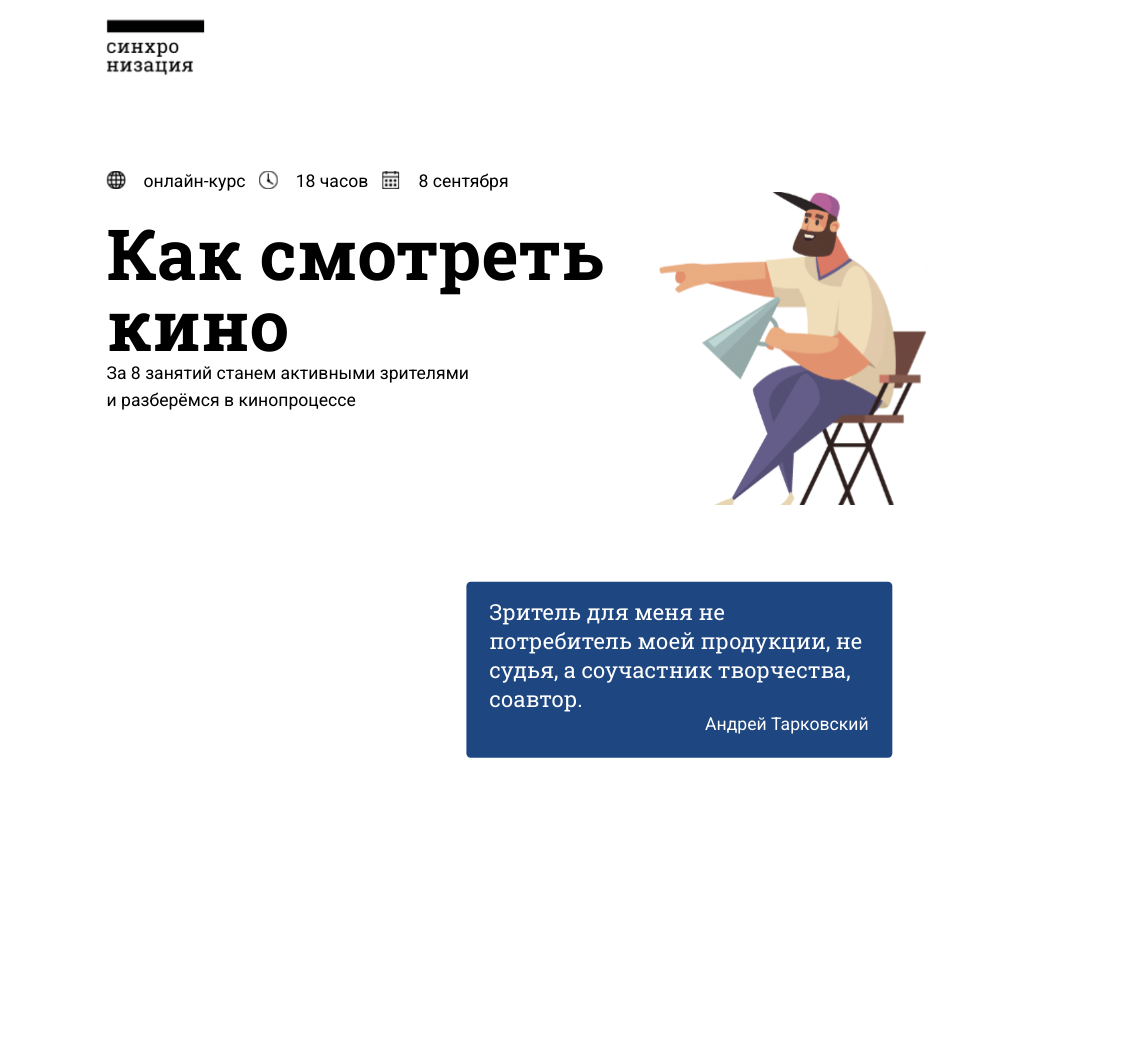
Repository: HeybetzadeQedim/task-2
Page: index.html
The author's editor kept a copy of each file at every save. The page is drawn from the files as they stood at one save, then again after the next save.
The browser window is 1280 px wide. The pictures show the whole page, at 88% of full size.

Above is the page before, as saved 2023-10-04 16:04:32.

### index.html
<!DOCTYPE html>
<html lang="en">
  <head>
    <meta charset="UTF-8" />
    <meta name="viewport" content="width=device-width, initial-scale=1.0" />
    <title>Document</title>
    <link rel="stylesheet" href="./index.css" />
  </head>
  <body>
    <div class="main-container">
      <img src="./ımages/logo_mobile_black 1.svg" />
      <ul class="image-container">
        <li>
            <img src="./ımages/globe.svg" />
            <p>онлайн-курс</p>
        </li>
      <li>
        <img src="./ımages/img_135744.svg" />
        <p>18 часов</p>
      </li>

        <li>
            <img src="./ımages/calendar_2.svg" />
            <p>8 сентября</p>
        </li>
      </ul>
      <div class="flex-container">
        <div class="text-container">
          <h1>Как смотреть кино</h1>
          <p>
            За 8 занятий станем активными зрителями и разберёмся в кинопроцессе
          </p>
        </div>

          <img src="./ımages/noroot 1.svg" />

      </div>
      <div class="box">
        <p>
          Зритель для меня не потребитель моей продукции, не судья, а соучастник
          творчества, соавтор.
        </p>
        <p>Андрей Тарковский</p>
      </div>
    </div>
  </body>
</html>

### index.css
@import url("https://fonts.googleapis.com/css2?family=Roboto&family=Roboto+Slab:wght@400;700&display=swap");
* {
  margin: 0;
  padding: 0;
  box-sizing: border-box;
}
.main-container {
  padding: 21px 246px 173px 121px;
}
.main-container img:first-child {
  width: 112px;
  height: 66px;
}
.main-container .image-container {
  display: flex;
  margin-top: 100px;
}
.image-container li{
  margin-right: 15px;
  list-style-type: none;
  display: flex;
  align-items: center;
}
.image-container img:first-child {
  width: 22px;
  height: 21px;
}
.image-container img:nth-child(2) {
  width: 22px;
  height: 22px;
}
.image-container img:last-child {
  width: 20px;
  height: 22px;
}
.image-container p {
  color: #000;
  margin-left: 20px;
  margin-top: 4px;
  font-family: Roboto;
  font-size: 20px;
  font-style: normal;
  font-weight: 400;
  line-height: 115%;
}
.flex-container {
  display: flex;
  justify-content: space-between;
}
h1 {
  width: 628px;
  margin-top: 29px;
  color: #000;
  font-family: Roboto Slab;
  font-size: 80px;
  font-style: normal;
  font-weight: 700;
  line-height: 101.385%;
}
.text-container p {
  width: 414px;
  color: #000;
  font-family: Roboto;
  font-size: 20px;
  font-style: normal;
  font-weight: 400;
  line-height: 150%;
}

.image-box img:first-child {
  width: 304px;
  height: 356px;
  /* margin-left: 140px; */
}
.box {
  width: 484px;
  height: 200px;
  margin: 87px 0 173px 409px;
  border-radius: 5px;
  background: #1e4681;
  padding: 19px 27px 68px 26px;
}
.box p:first-child {
  width: 431px;
  color: #fff;
  font-family: Roboto Slab;
  font-size: 25px;
  font-style: normal;
  font-weight: 400;
  line-height: 130%;
}
.box p:last-child {
  color: #fff;
  text-align: right;
  font-family: Roboto;
  font-size: 20px;
  font-style: normal;
  font-weight: 400;
  line-height: 130%;
}

/* tablet style */
@media screen and (max-width: 1024px) {
  .main-container {
    padding: 22px 0 70px 100px ;
  }
  .main-container img:first-child {
    width: 64.867px;
    height: 38.225px;
  }
  .image-container {
    margin-top: 56px;
  }
  .image-container img:first-child {
    width: 13px;
    height: 12px;
  }
  .image-container img:nth-child(2) {
    width: 13px;
    height: 13px;
  }
  .image-container img:last-child {
    width: 12px;
    height: 13px;
  }
  .image-container p {
    font-size: 12px;
  }
  h1 {
    font-size: 46px;
    width: 364px;
  }
  .text-container p {
    font-size: 12px;
  }
  .image-box img:first-child {
    width: 176px;
    height: 206px;
  }
  .box {
    width: 280px;
    height: 116px;
    border-radius: 3px;
    margin: 61px 0 100px 252px;
    padding: 11px 16px 4px 15px ;
  }
  .box p:first-child {
    width: 249px;
    font-size: 14px;
  }
  .box p:last-child {
    font-size: 12px;
    margin-top: 9px;
  }
}
/* mobile style */
@media screen and (max-width: 768px) {
  .main-container {
    padding: 36px 32px 75px 36px;
  }
  .main-container img:first-child {
    width: 52px;
    height: 31px;
  }
  .image-container {
    margin-top: 45px;
  }
  .image-container img:first-child {
    width: 10px;
    height: 10px;
  }
  .image-container img:nth-child(2) {
    width: 10px;
    height: 10px;
  }
  .image-container img:last-child {
    width: 9px;
    height: 10px;
  }
  .image-container p {
    font-size: 10px;
  }
  h1 {
    width: 293px;
    font-size: 37px;
  }
  .text-container p {
    font-size: 10px;
    width: 212px;
  }
  .image-box img:first-child {
    width: 142px;
    height: 166px;
  }
  .flex-container {
    flex-direction: column;
  }
  .box {
    width: 225px;
    height: 93px;
    margin: 48px 0 75px 38px;
  }
  .box p:first-child {
    width: 201px;
    font-size: 11px;
  }
  .box p:last-child {
    font-size: 10px;
  }
}

After the next save:
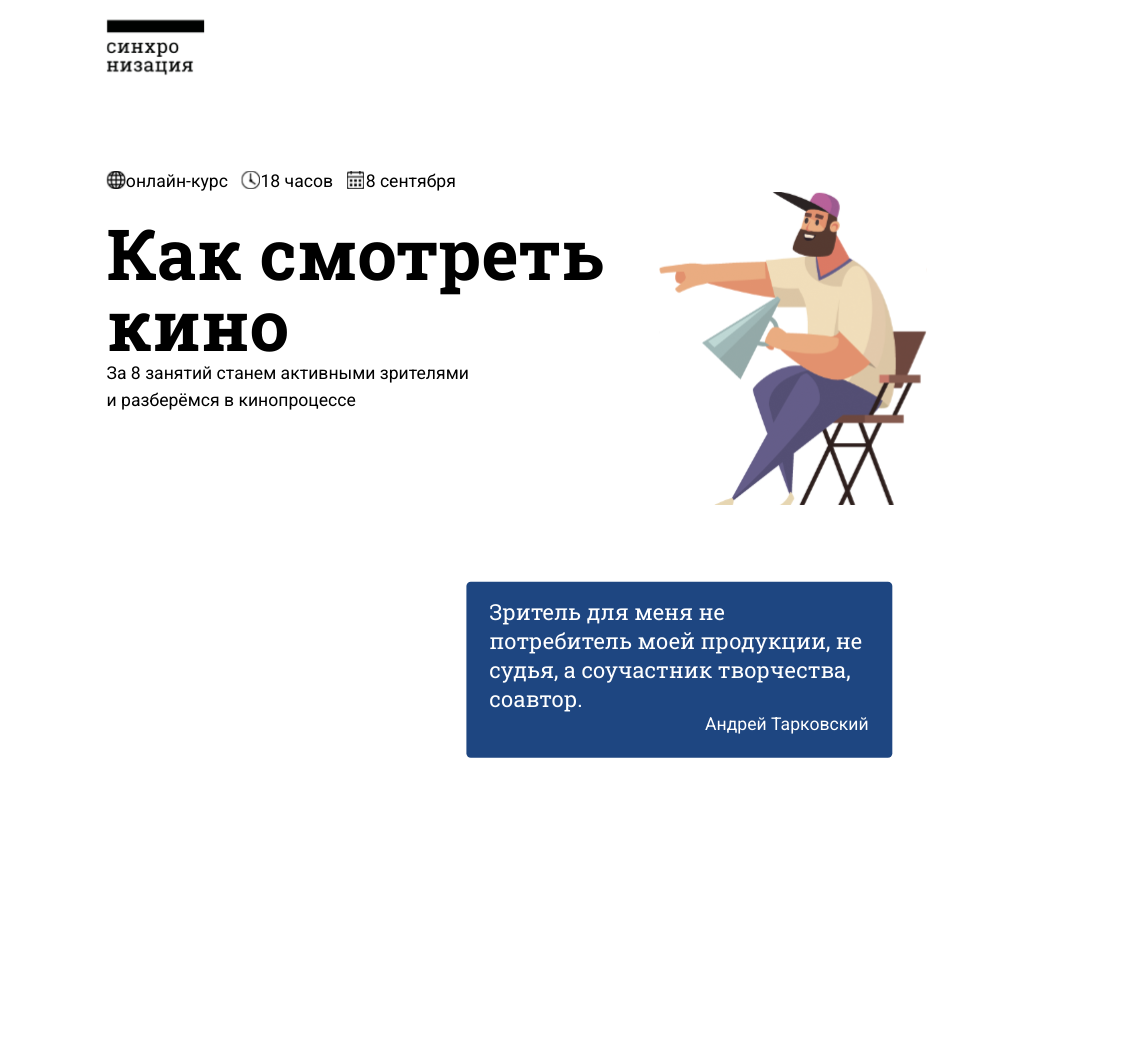
Saved 15 s later.
--- a/index.css
+++ b/index.css
@@ -35,7 +35,7 @@
 }
 .image-container p {
   color: #000;
-  margin-left: 20px;
+  /* margin-left: 20px; */
   margin-top: 4px;
   font-family: Roboto;
   font-size: 20px;
